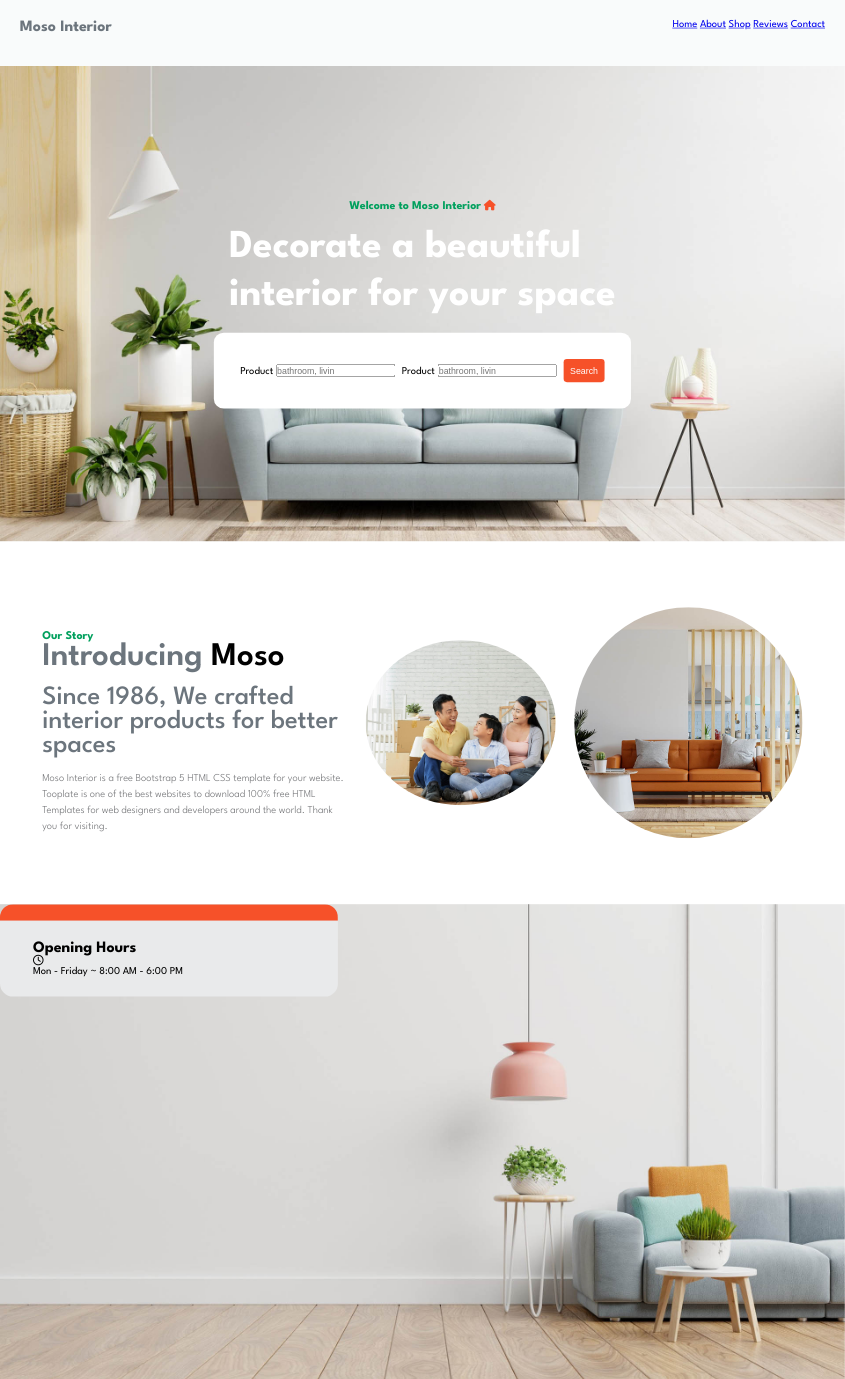
Repository: mariamnabil23/furniture
Page: index.html
An editor plug-in stored every save of this project. The page is shown before and after the next save, followed by the edit.
The browser window is 1280 px wide. The pictures show the whole page, at 66% of full size.
Some web fonts or font styles are not loaded; a fallback is used.

Above is the page before, as saved 2024-10-30 17:21:44.

### index.html
<!DOCTYPE html>
<html lang="en">

<head>
    <meta charset="UTF-8">
    <meta name="viewport" content="width=device-width, initial-scale=1.0">
    <title>Furnture</title>

    <!-- font awesome -->
    <link rel="stylesheet" href="https://cdnjs.cloudflare.com/ajax/libs/font-awesome/6.0.0-beta3/css/all.min.css">

    <!-- google font -->
    <link rel="preconnect" href="https://fonts.googleapis.com">
    <link rel="preconnect" href="https://fonts.gstatic.com" crossorigin>
    <link
        href="https://fonts.googleapis.com/css2?family=Anton&family=DM+Sans:ital,opsz,wght@0,9..40,100..1000;1,9..40,100..1000&family=Inter:wght@100..900&family=Karla:ital,wght@0,200..800;1,200..800&family=League+Spartan:wght@100..900&family=Montserrat:ital,wght@0,100..900;1,100..900&family=Nunito:ital,wght@0,200..1000;1,200..1000&family=Playwrite+GB+S:ital,wght@0,100..400;1,100..400&family=Saira+Semi+Condensed:wght@100;200;300;400;500;600;700;800;900&family=Sorts+Mill+Goudy:ital@0;1&family=Tajawal:wght@200;300;400;500;700;800;900&family=Work+Sans:ital,wght@0,100..900;1,100..900&family=Yellowtail&family=Zen+Dots&display=swap"
        rel="stylesheet">


    <link rel="stylesheet" href="style.css">
</head>

<body>
    <div class="container">
        <div class="navbar">
            <div class="left">
                <h2>Moso Interior</h2>
            </div>
            <div class="right">
                <ul>
                    <li><a href="#">Home</a></li>
                    <li><a href="#">About</a></li>
                    <li><a href="#">Shop</a></li>
                    <li><a href="#">Reviews</a></li>
                    <li><a href="#">Contact</a></li>
                </ul>
            </div>
        </div>

        <!-- home section -->
        <section class="home">
            <div class="content">
                <div class="top">
                    <h5>Welcome to Moso Interior</h5>
                    <i class="fas fa-home"></i>
                </div>
                <div class="middle">
                    <h1>Decorate a beautiful <br> interior for your space</h1>
                </div>
                <div class="bottom">
                    <div class="l">
                        <label>Product</label>
                        <input placeholder="bathroom, livin">
                    </div>
                    <div class="r">
                        <label>Product</label>
                        <input placeholder="bathroom, livin">
                    </div>
                    <div class="btn">
                        <button>Search</button>
                    </div>
                    <div class="down"><i class="fas fa-arrow"></i></div>
                </div>
            </div>
        </section>

        <!-- about section -->
        <section class="about">
            <div class="content">
                <div class="left">
                    <h5>Our Story</h5>
                    <h1>Introducing <span>Moso</span></h1>
                    <h2>Since 1986, We crafted <br> interior products for better <br> spaces</h2>
                    <p>Moso Interior is a free Bootstrap 5 HTML CSS template for your website. Tooplate is one of the
                        best websites to download 100% free HTML Templates for web designers and developers around the
                        world. Thank you for visiting.</p>
                </div>
                <div class="middle">
                    <img src="/images/about1.jpg">
                </div>
                <div class="right">
                    <img src="/images/about2.jpg">
                </div>
            </div>
        </section>

        <!-- open section -->
        <section class="open">
            <div class="content">
                <h1>Opening Hours</h1>
                <div class="box">
                    <i class="fa-regular fa-clock"></i>
                    <div class="hours">
                        <div><span>Mon - Friday ~</span> <span>8:00 AM - 6:00 PM</span></div>
                    </div>
                </div>
            </div>
        </section>
    </div>
</body>

</html>

### style.css
@import url('https://fonts.googleapis.com/css2?family=Anton&family=DM+Sans:ital,opsz,wght@0,9..40,100..1000;1,9..40,100..1000&family=Inter:wght@100..900&family=Karla:ital,wght@0,200..800;1,200..800&family=League+Spartan:wght@100..900&family=Montserrat:ital,wght@0,100..900;1,100..900&family=Nunito:ital,wght@0,200..1000;1,200..1000&family=Playwrite+GB+S:ital,wght@0,100..400;1,100..400&family=Saira+Semi+Condensed:wght@100;200;300;400;500;600;700;800;900&family=Sorts+Mill+Goudy:ital@0;1&family=Tajawal:wght@200;300;400;500;700;800;900&family=Work+Sans:ital,wght@0,100..900;1,100..900&family=Yellowtail&family=Zen+Dots&display=swap');


*{
    box-sizing: border-box;
    padding: 0;
    margin: 0;
}
body{
    font-family: "League Spartan", sans-serif;
}
ul{
    list-style: none;
}

.navbar{
    width: 100%;
    height: 100px;
    background-color: rgb(249, 251, 251);
    padding: 30px;
}
.navbar .left{
    float: left;
    display: inline;
}
.navbar .right{
    float: right;
    display: inline;
}
.navbar .right ul li{
    display: inline;
}


/* home */
.home{
    width: 100%;
    height: 100vh;
    background-image: url("/images/home-bg-1.jpg");
    background-size: cover;
    display: flex;
    flex-direction: column;
    align-items: center;
    justify-content: center;
    align-items: center;
}
.home .content{
    display: flex;
    flex-direction: column;
    align-items: center;
    justify-content: center;
    align-items: center;
}
.home .top h5{
    display: inline;
    color: #00a05d;
    font-size: 18px;
}
.home .top i{
    color: #f65129;
}
.home .middle h1{
    color: white;
    font-size: 60px;
    margin: 20px 0;
    line-height: 1.2;
}
.home .bottom {
    background: white;
    border-radius: 15px;
    padding: 40px;
    display: flex;
}
.home .bottom .l,
.home .bottom .r{
    margin: auto;
}
.home .bottom .r,
.home .bottom .btn{
    padding-left: 10px;
}
.home .bottom button{
    background: #f65129;
    padding: 10px;
    color: white;
    border: none;
    border-radius: 5px;
}


/* about */

.about{

}
.about .content{
    display: flex;
    justify-content: space-between;
    align-items: center;
    width: 90%;
    margin: 100px auto;
}
.about .left{
    width: 40%;
    height: 280px;
}
.about .left h5{
    color: #00a05d;
    font-size: 18px;
}
.about .middle{
    width: 25%;
    height: 250px;
}
.about .middle img{
    width: 100%;
    height: 100%;
    object-fit: cover;
    border-radius: 100%;
}
.about .right{
    width: 30%;
    height: 350px;
}
.about .right img{
    width: 100%;
    height: 100%;
    object-fit: cover;
    border-radius: 100%;
}
.about .left h1, h2{
    color: #6c757d;
}
.about .left h1{
    font-size: 50px;
    font-weight: 600;
}
.about .left h2{
    font-size: 40px;
    font-weight: 500;
    margin: 20px 0;

}
.about .left span{
    color: black;
}
.about .left p{
    color: #717275;
    font-size: 16px;
    font-weight: 300;
    line-height: 1.5;
}

/* open */
.open{
    width: 100%;
    height: 100vh;
    background-image: url('/images/open-bg.jpg');
    background-size: cover;

}
.open .content{
    background-color: #e9eaeb;
    border-top: 25px solid #f65129;
    border-radius: 20px;
    width: 40%;
    padding: 30px 50px;
}
.open h1{

}
.open .box .hours{
    display: inline;
}

After the next save:
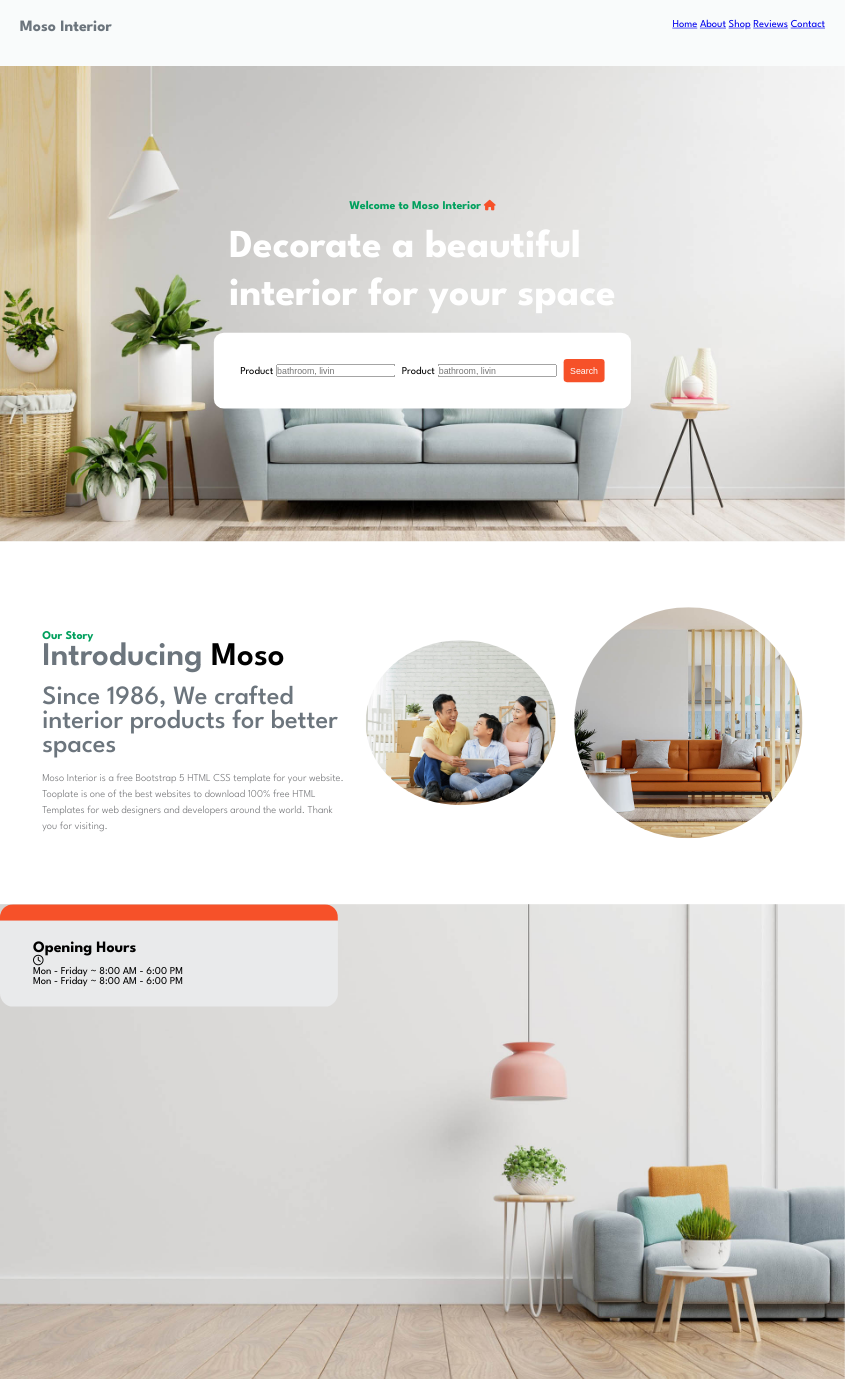
Saved 10 s later.
--- a/index.html
+++ b/index.html
@@ -92,6 +92,7 @@
                     <i class="fa-regular fa-clock"></i>
                     <div class="hours">
                         <div><span>Mon - Friday ~</span> <span>8:00 AM - 6:00 PM</span></div>
+                        <div><span>Mon - Friday ~</span> <span>8:00 AM - 6:00 PM</span></div>
                     </div>
                 </div>
             </div>
